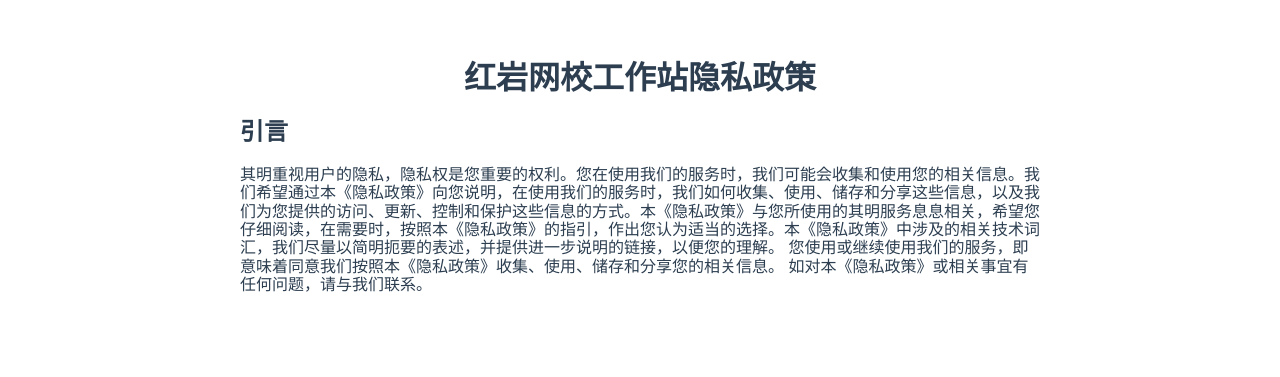
Repository: zl-mdc/privacy-policy
Page: /
These files come from the project's save history. The page is drawn as it stood at one moment and after a run of saves; the edit follows.
The browser window is 1280 px wide. The pictures show the whole page.
The project was rebuilt for these pictures with package versions that can differ from the ones it lists, and the page was loaded fresh each time.

Above is the page before, as saved 2020-09-17 15:33:29.

### src/main.js
import Vue from 'vue'
import App from './App.vue'
import 'normalize.css'

Vue.config.productionTip = false

new Vue({
  render: h => h(App),
}).$mount('#app')

### src/App.vue
<template>
  <div id="app">
    <Info />
  </div>
</template>

<script>
import Info from './components/Info';

export default {
  name: 'App',
  components: {
    Info
  }
}
</script>

<style>
#app {
  font-family: Avenir, Helvetica, Arial, sans-serif;
  -webkit-font-smoothing: antialiased;
  -moz-osx-font-smoothing: grayscale;
  text-align: center;
  color: #2c3e50;
  margin-top: 60px;
}
</style>

### src/components/Info.vue
<!--
 * @Author: Code_Master
 * @Date: 2020-09-17 15:00:51
 * @LastEditTime: 2020-09-17 15:33:29
 * @LastEditors: Code_Master
 * @FilePath: /privacy-policy/src/components/Info.vue
 * @Description: The first 90% of the code accounts for the first 90% of the development time. The remaining 10% of the code accounts for the other 90% of the development time.
-->
<template>
    <div id="info">
          <h1>红岩网校工作站隐私政策</h1>

          <h2>引言</h2>
          <p><span></span>其明重视用户的隐私，隐私权是您重要的权利。您在使用我们的服务时，我们可能会收集和使用您的相关信息。我们希望通过本《隐私政策》向您说明，在使用我们的服务时，我们如何收集、使用、储存和分享这些信息，以及我们为您提供的访问、更新、控制和保护这些信息的方式。本《隐私政策》与您所使用的其明服务息息相关，希望您仔细阅读，在需要时，按照本《隐私政策》的指引，作出您认为适当的选择。本《隐私政策》中涉及的相关技术词汇，我们尽量以简明扼要的表述，并提供进一步说明的链接，以便您的理解。 您使用或继续使用我们的服务，即意味着同意我们按照本《隐私政策》收集、使用、储存和分享您的相关信息。 如对本《隐私政策》或相关事宜有任何问题，请与我们联系。 </p>
    </div>
</template>

<script>
export default {
    name: "Info",
}
</script>

<style>
    #info {
        width: 800px;
        margin: 0 auto;
    }
    h2 {
        text-align: left;
    }
    p {
        text-align: left;
    }
</style>

Loaded but not shown: public/index.html (common file)

After the next 2 saves:
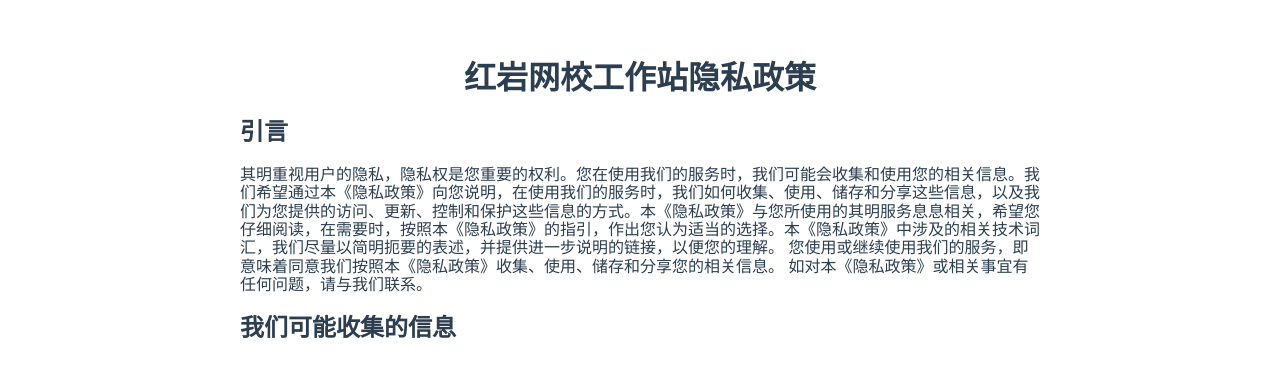
The 2 saves are shown as one change because they came seconds apart.
The last was saved 32 s later.
--- a/src/components/Info.vue
+++ b/src/components/Info.vue
@@ -1,7 +1,7 @@
 <!--
  * @Author: Code_Master
  * @Date: 2020-09-17 15:00:51
- * @LastEditTime: 2020-09-17 15:33:29
+ * @LastEditTime: 2020-09-17 15:34:00
  * @LastEditors: Code_Master
  * @FilePath: /privacy-policy/src/components/Info.vue
  * @Description: The first 90% of the code accounts for the first 90% of the development time. The remaining 10% of the code accounts for the other 90% of the development time.
@@ -12,6 +12,8 @@
 
           <h2>引言</h2>
           <p><span></span>其明重视用户的隐私，隐私权是您重要的权利。您在使用我们的服务时，我们可能会收集和使用您的相关信息。我们希望通过本《隐私政策》向您说明，在使用我们的服务时，我们如何收集、使用、储存和分享这些信息，以及我们为您提供的访问、更新、控制和保护这些信息的方式。本《隐私政策》与您所使用的其明服务息息相关，希望您仔细阅读，在需要时，按照本《隐私政策》的指引，作出您认为适当的选择。本《隐私政策》中涉及的相关技术词汇，我们尽量以简明扼要的表述，并提供进一步说明的链接，以便您的理解。 您使用或继续使用我们的服务，即意味着同意我们按照本《隐私政策》收集、使用、储存和分享您的相关信息。 如对本《隐私政策》或相关事宜有任何问题，请与我们联系。 </p>
+
+          <h2>我们可能收集的信息</h2>
     </div>
 </template>
 
